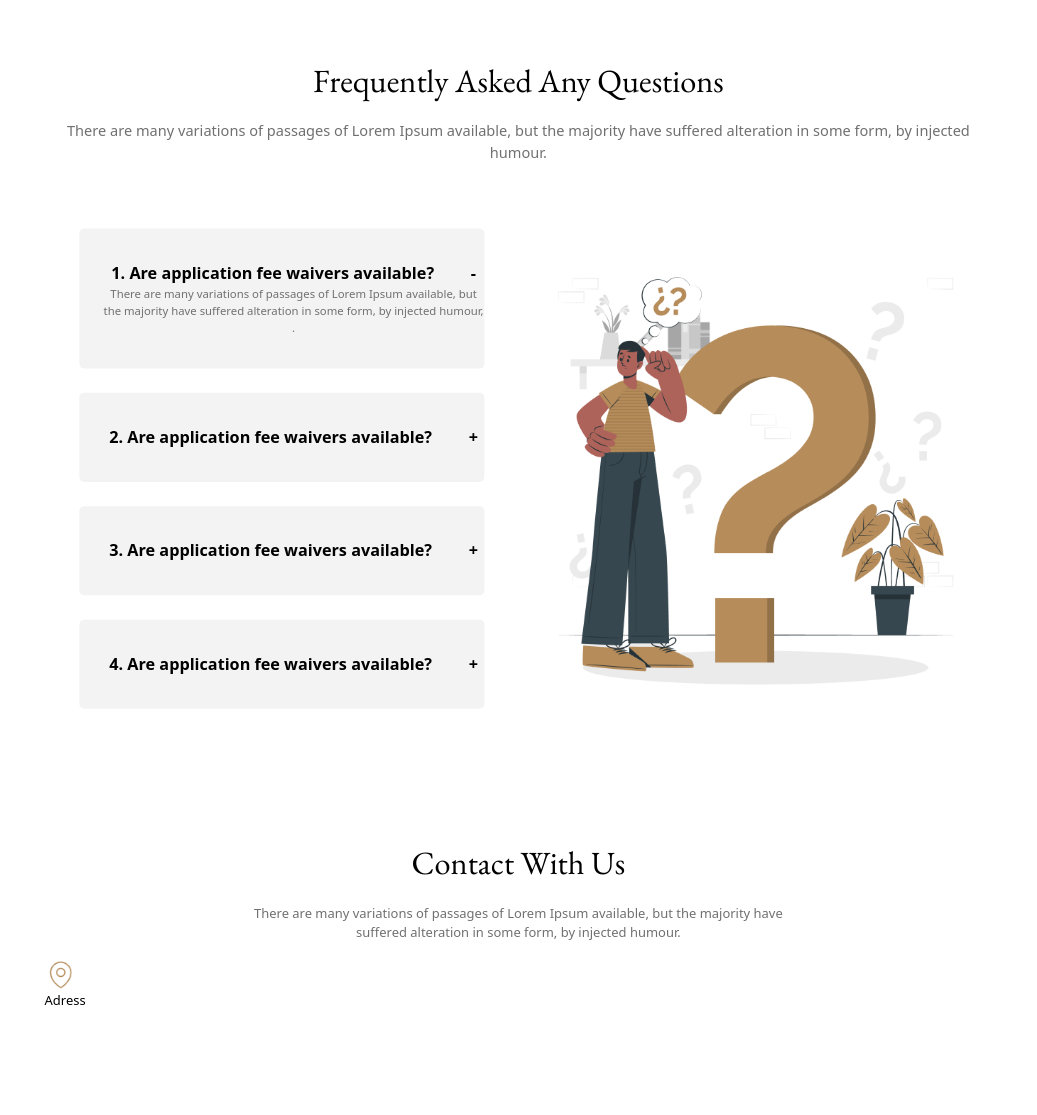
Repository: nahid-hasann/website-6
Page: index.html
The author's editor kept a copy of each file at every save. The page is drawn from the files as they stood at one save, then again after the next save.
The browser window is 1280 px wide. The pictures show the whole page, at 81% of full size.

Above is the page before, as saved 2025-07-22 11:34:25.

After the next save:
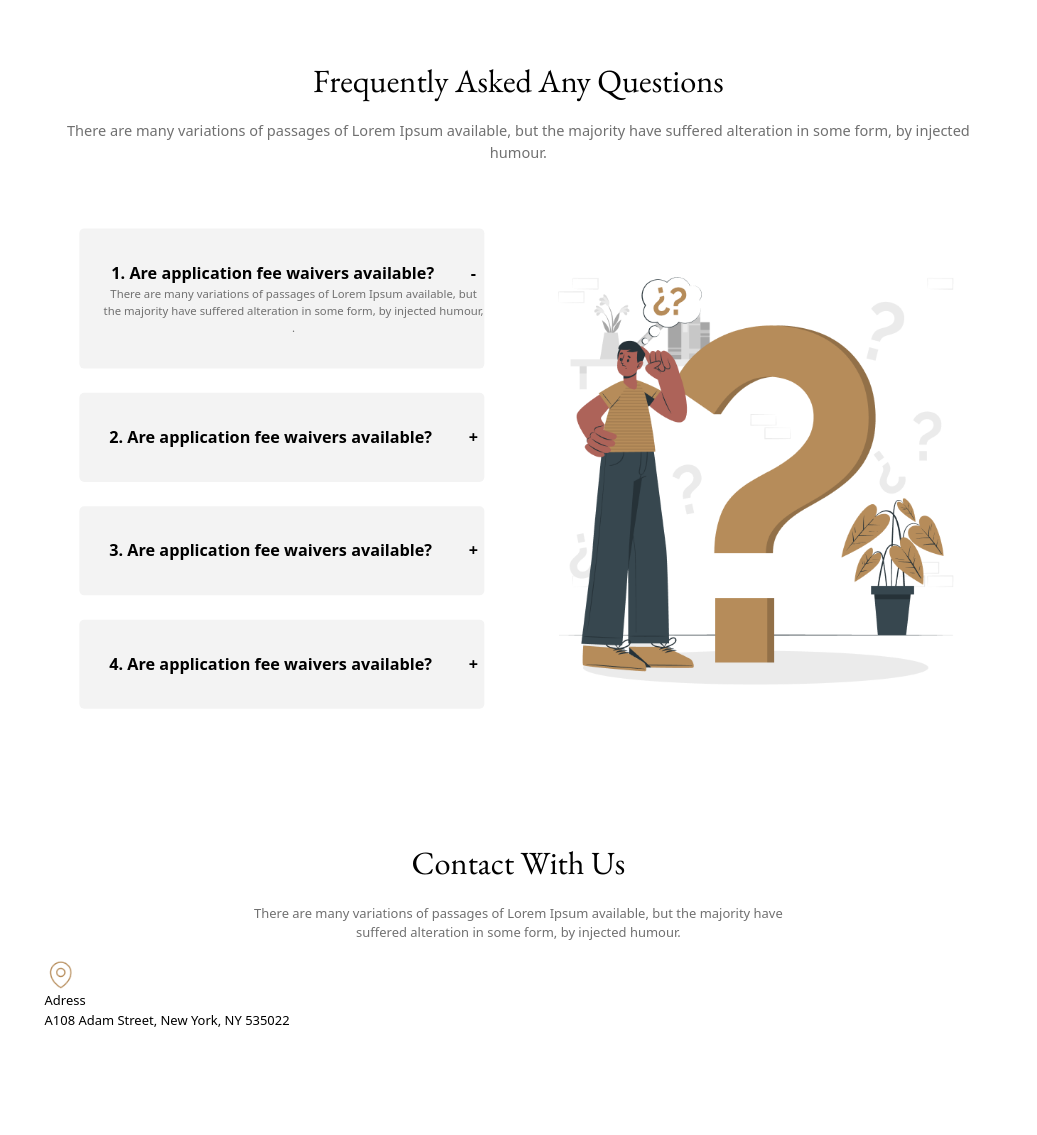
Saved 9 s later.
--- a/index.html
+++ b/index.html
@@ -134,7 +134,8 @@
                 <div>
                     <img src="images/location.png" alt="">
                     <h1>  Adress        </h1>
-
+                    <p>A108 Adam Street,
+New York, NY 535022</p>
                 </div>
             </div>
     </section>
